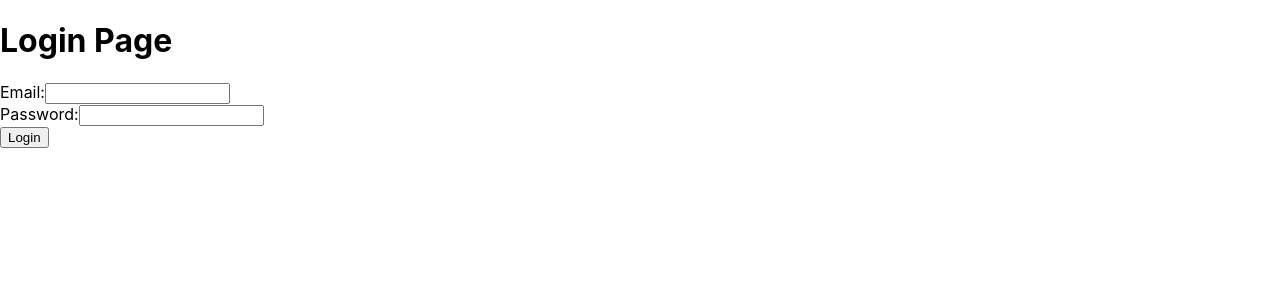
Repository: Idrees-Mo/shop-admin
Page: /
The author's editor kept a copy of each file at every save. The page is drawn from the files as they stood at one save, then again after the next save.
The browser window is 1280 px wide. The pictures show the whole page.
The project was rebuilt for these pictures with package versions that can differ from the ones it lists, and the page was loaded fresh each time. Also part of the build but not shown: src/App.css, src/components/Dashboard.js.

Above is the page before, as saved 2025-10-23 11:32:33.

After the next save:
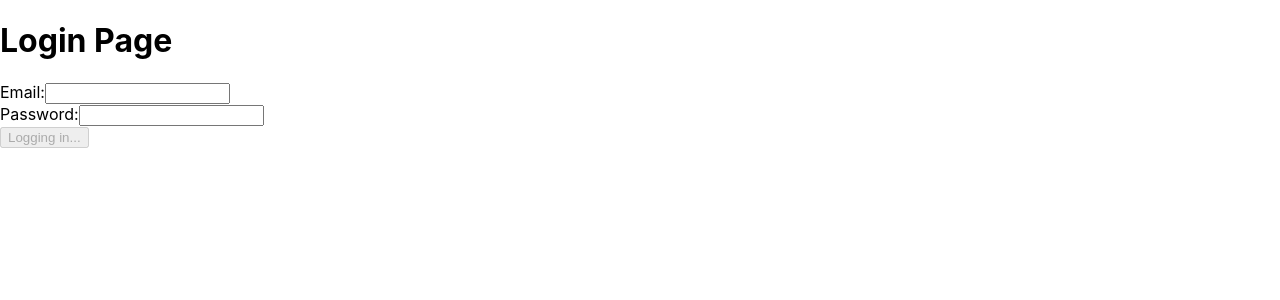
Saved 110 s later.
--- a/src/components/auth/Login.js
+++ b/src/components/auth/Login.js
@@ -5,7 +5,7 @@ const Login = () => {
   const [email, setEmail] = useState("");
   const [password, setPassword] = useState("");
 
-  const { login } = useAuth();
+  const { login, loading } = useAuth();
 
   const handleSubmit = (e) => {
     e.preventDefault();
@@ -32,7 +32,9 @@ const Login = () => {
             onChange={(e) => setPassword(e.target.value)}
           />
         </div>
-        <button type="submit">Login</button>
+        <button type="submit" disabled={loading}>
+          {loading ? "Logging in..." : "Login"}
+        </button>
       </form>
     </div>
   );

After the save that followed:
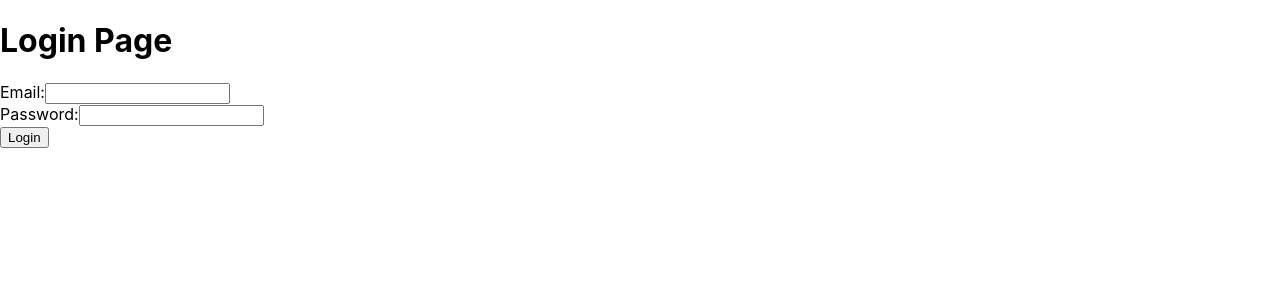
Saved 69 s later.
--- a/src/contexts/AuthContext.js
+++ b/src/contexts/AuthContext.js
@@ -4,9 +4,10 @@ const AuthContext = createContext();
 
 export const AuthProvider = ({ children }) => {
   const [user, setUser] = useState(null);
-  const [loading, setLoading] = useState(true);
+  const [loading, setLoading] = useState(false);
 
   const login = async (email, password) => {
+    setLoading(true);
     // Simulate an API call
     return new Promise((resolve) => {
       setTimeout(() => {
